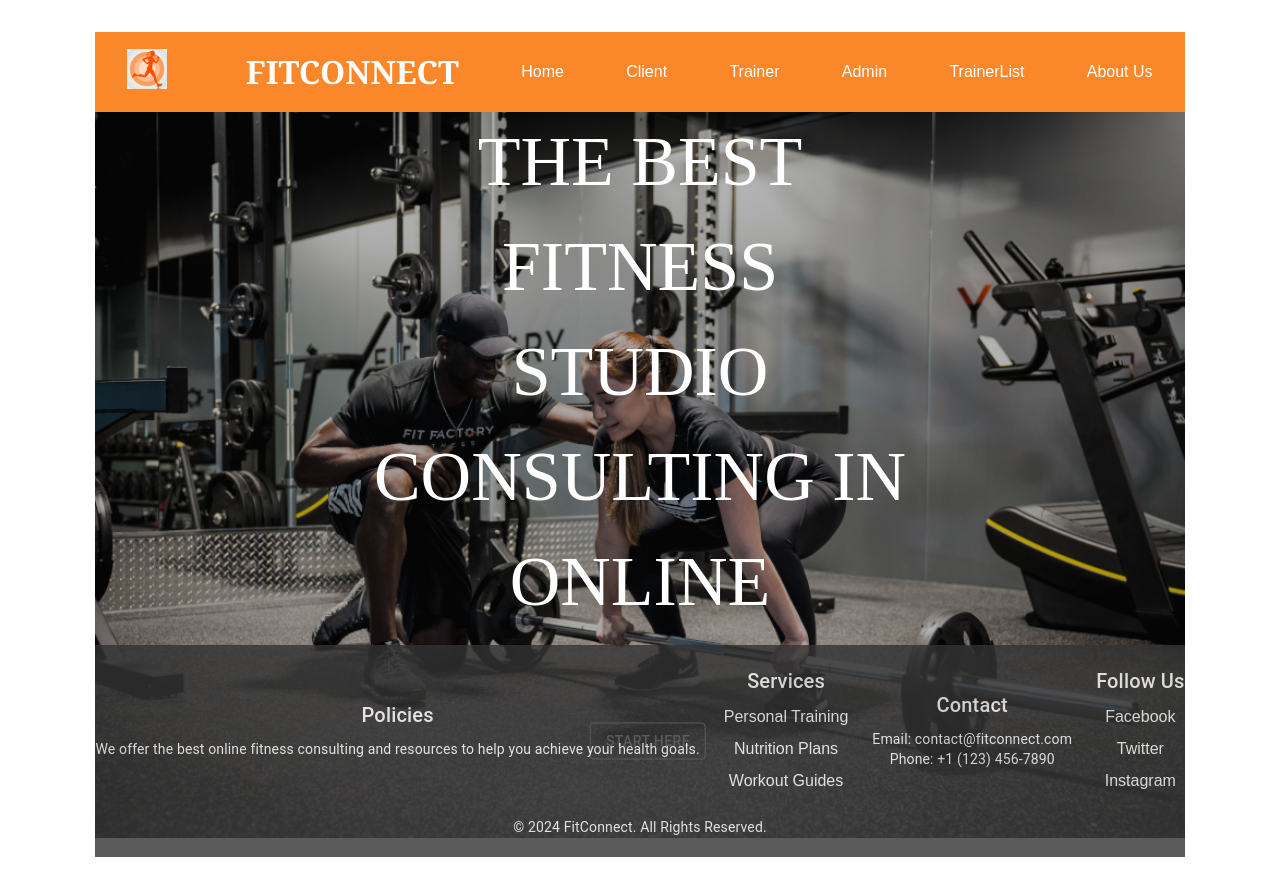
Repository: sarathraj2002/fitconnect
Page: / (app in Frontend/)
These files come from the project's save history. The page is drawn as it stood at one moment and after a run of saves; the edit follows.
The browser window is 1280 px wide. The pictures show the whole page.
The project was rebuilt for these pictures with package versions that can differ from the ones it lists, and the page was loaded fresh each time. Also part of the build but not shown: Frontend/vite.config.js, Frontend/src/components/ClientPage.jsx, Frontend/src/components/TrainerPage.jsx, Frontend/src/components/AdminPage.css, Frontend/src/components/AdminPage.jsx, Frontend/src/components/TrainerListPage.jsx, Frontend/src/components/AboutUs.jsx, Frontend/src/components/ClientRegister.css and 5 more.

Above is the page before, as saved 2024-11-12 17:48:39.

After the next 2 saves:
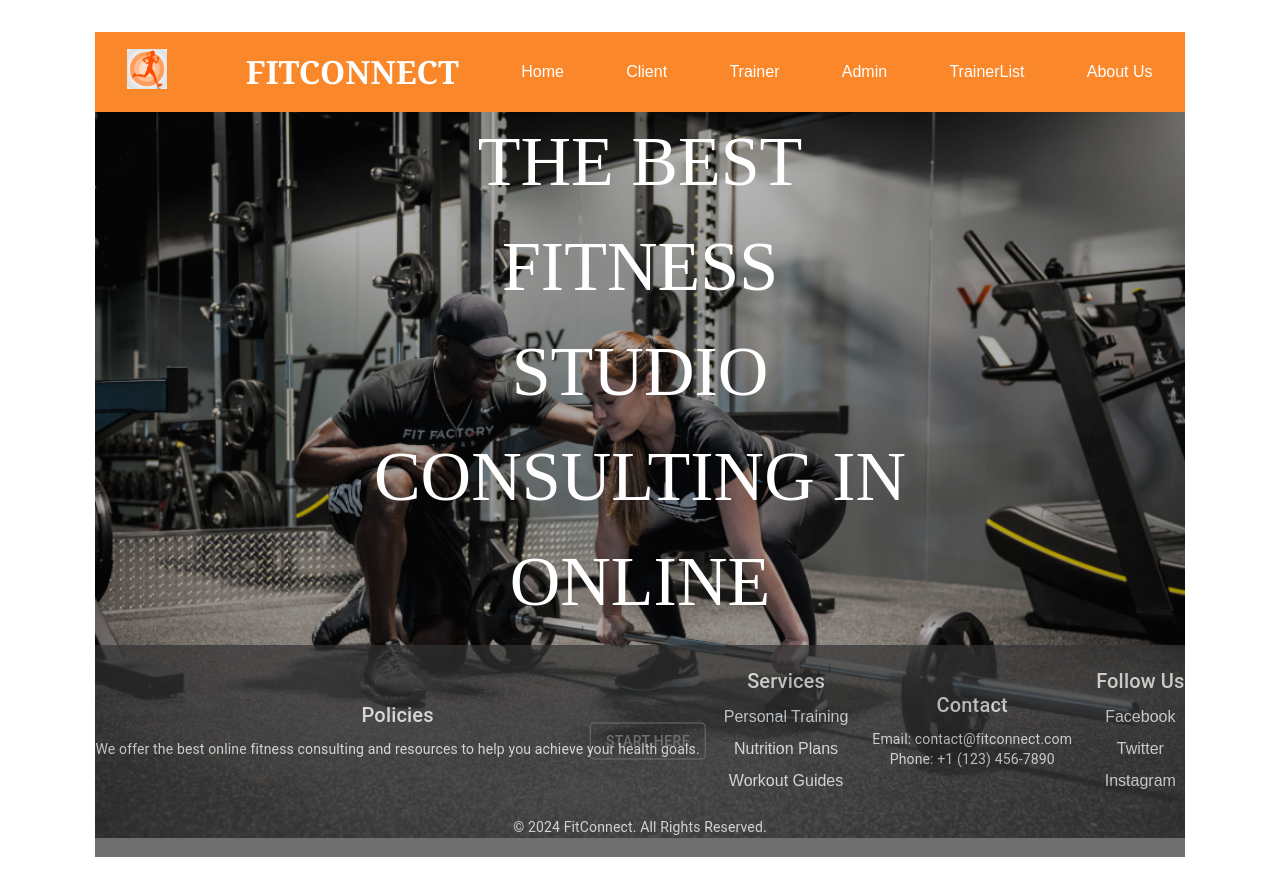
The 2 saves are shown as one change because they came seconds apart.
The last was saved 24 s later.
--- a/Frontend/src/components/Footer.jsx
+++ b/Frontend/src/components/Footer.jsx
@@ -8,7 +8,7 @@ const Footer = () => {
       component="footer"
       sx={{
         backgroundColor: '#333',
-        opacity:'80%',
+        opacity:'70%',
         color: 'white',
         padding: '20px 0',
         textAlign: 'center',
